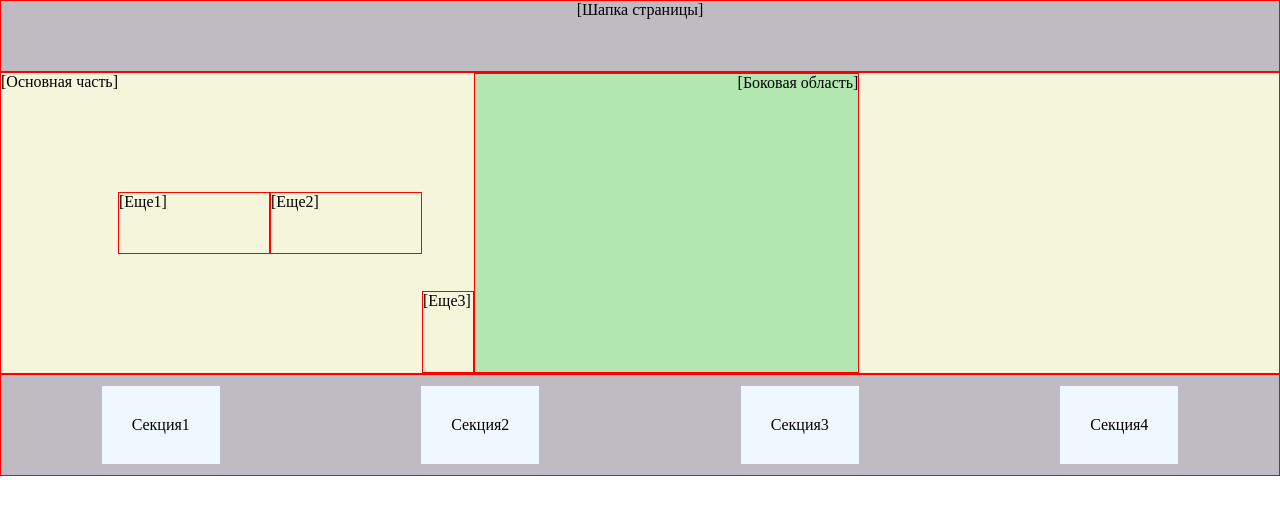
Repository: IrinaGetmanenko/week5
Page: week5/index.html
The author's editor kept a copy of each file at every save. The page is drawn from the files as they stood at one save, then again after the next save.
The browser window is 1280 px wide. The pictures show the whole page.

Above is the page before, as saved 2022-08-28 20:18:43.

After the next save:
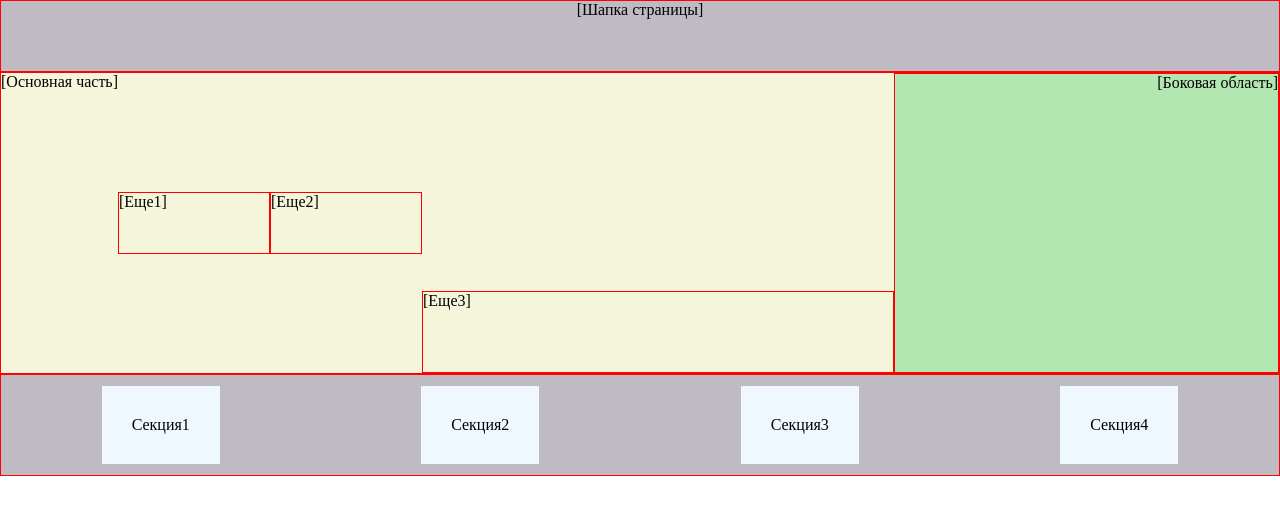
Saved 12 s later.
--- a/week5/index.html
+++ b/week5/index.html
@@ -49,7 +49,7 @@
     }
 
     .section3{
-        display: flex;
+        flex: auto;
         border: 1px solid red;
         align-self: flex-end;
         height: 80px;
